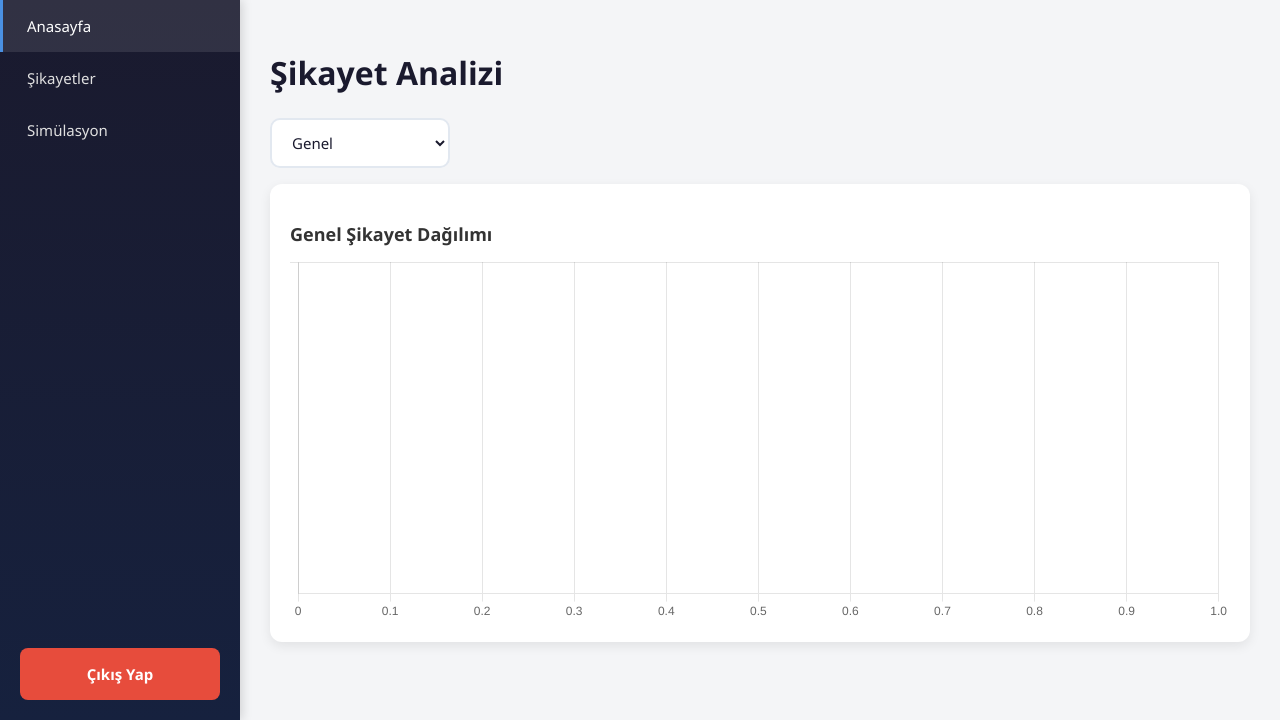
Repository: elinaisik/SUNUCU-YARI-YIL--DEV--KDS
Page: views/sikayetler.ejs
These files come from the project's save history. The page is drawn as it stood at one moment and after the next save; the edit follows.
The browser window is 1280 px wide. The pictures show the whole page.
The page is served by the project's Node server (server.js). The template is opened directly, without the code that normally fills it, so the values that code supplies are empty.

Above is the page before, as saved 2025-12-19 12:03:20.

### views/sikayetler.ejs
<!DOCTYPE html>
<html lang="tr">
<head>
  <meta charset="UTF-8">
  <title>Şikayetler - KDS</title>
  <meta name="viewport" content="width=device-width, initial-scale=1">
  <script src="https://cdn.jsdelivr.net/npm/chart.js"></script>

<style>
body {
  margin: 0;
  display: flex;
  background: #f4f5f7;
  font-family: 'Segoe UI', Tahoma, Geneva, Verdana, sans-serif;
}

/* SIDEBAR */
.sidebar {
  width: 240px;
  min-height: 100vh;
  background: linear-gradient(180deg, #1a1a2e 0%, #16213e 100%);
  color: #fff;
  padding: 0;
  padding-bottom: 80px;
  box-sizing: border-box;
  box-shadow: 2px 0 10px rgba(0,0,0,0.15);
  position: relative;
}
.sidebar a {
  display: block;
  padding: 16px 24px;
  color: #e0e0e0;
  text-decoration: none;
  font-size: 15px;
  transition: all 0.3s ease;
  border-left: 3px solid transparent;
}
.sidebar a:hover {
  background: rgba(255,255,255,0.1);
  border-left-color: #4a90e2;
  color: #fff;
}

.sidebar .logout-btn {
  position: absolute;
  bottom: 20px;
  left: 0;
  right: 0;
  margin: 0 20px;
}

 .sidebar .logout-btn a {
      background: #e74c3c;
      border-radius: 8px;
      font-weight: 600;
       background: #e74c3c;
      color: white;
      border-left: none;
      text-align: center;
      color: white;
    }

.user-info {
  padding: 20px;
  background: rgba(255, 255, 255, 0.05);
  margin-bottom: 10px;
  border-bottom: 1px solid rgba(255, 255, 255, 0.1);
}

.user-info-name {
  font-size: 14px;
  color: #fff;
  font-weight: 600;
  margin-bottom: 5px;
}

.user-info-email {
  font-size: 12px;
  color: rgba(255, 255, 255, 0.6);
}

/* CONTENT */
.content {
  flex: 1;
  padding: 30px;
}

.content h1 {
  color: #1a1a2e;
  font-size: 32px;
  font-weight: 700;
  margin-bottom: 24px;
}

/* DROPDOWN MENU */
.content select {
  padding: 12px 16px;
  border: 2px solid #e2e8f0;
  border-radius: 10px;
  font-size: 15px;
  font-family: 'Segoe UI', Tahoma, Geneva, Verdana, sans-serif;
  background: white;
  color: #1a1a2e;
  cursor: pointer;
  transition: all 0.3s ease;
  outline: none;
  min-width: 180px;
}

.content select:hover {
  border-color: #4a90e2;
}

.content select:focus {
  border-color: #4a90e2;
  box-shadow: 0 0 0 3px rgba(74, 144, 226, 0.1);
}

/* KART */
.chart-box {
  background: #fff;
  padding: 20px;
  border-radius: 12px;
  box-shadow: 0 4px 12px rgba(0,0,0,0.08);
  overflow: hidden;
}

.chart-box h3 {
  color: #333;
  font-size: 18px;
  margin-bottom: 16px;
  font-weight: 600;
}

/* GENEL */
.chart-general {
  height: 360px;
  position: relative;
}
.chart-general canvas {
  width: 100% !important;
  height: 100% !important;
}

/* ROW */
.chart-row {
  display: flex;
  gap: 24px;
  align-items: stretch;
  flex-wrap: wrap;
}

/* PIE / BAR */
.chart-small {
  width: 520px;
  height: 360px;
  position: relative;
  display: flex;
  flex-direction: column;
  justify-content: center;
}
.chart-small canvas {
  width: 100% !important;
  height: 100% !important;
}

/* 🔥 Departman pie daha küçük olsun */
.chart-dept-pie {
  max-width: 420px;
  height: 320px;
}
.chart-dept-bar {
  max-width: 520px;
  height: 320px;
}

/* DROPDOWN */
#urunSelect {
  display: none;
  margin-left: 10px;
}

/* ✅ RİSK KARE KART (satış grafiğinin sağı) */
.risk-square {
  width: 220px;
  height: 220px;
  border-radius: 16px;
  display: flex;
  flex-direction: column;
  justify-content: center;
  align-items: center;
  font-weight: bold;
  color: #fff;
}
.risk-square .score {
  font-size: 40px;
  line-height: 1;
}
.risk-square .level {
  font-size: 18px;
  margin-top: 8px;
}

/* ✅ Satış grafiği + risk kart yan yana */
.metrics-row {
  display: flex;
  gap: 24px;
  align-items: stretch;
  flex-wrap: wrap;
  margin-top: 16px;
}
.metrics-row .metrics-chart {
  width: 520px;
  height: 360px;
}

/* Karar önerisi dot */
.dot {
  width: 12px;
  height: 12px;
  border-radius: 50%;
  display: inline-block;
}
.red { background:"rgba(239,68,68,0.55)" }
.orange { background:"rgba(250,204,21,0.55)" }
.green { background:"rgba(34,197,94,0.55)", }

/* Simülasyon butonu */
.sim-btn{
  padding: 14px 24px;
  border: none;
  background: linear-gradient(135deg, #4a90e2 0%, #357abd 100%);
  color: #fff;
  font-size: 15px;
  font-weight: 600;
  border-radius: 10px;
  cursor: pointer;
  transition: all 0.3s ease;
  box-shadow: 0 4px 12px rgba(74, 144, 226, 0.3);
}

.sim-btn:hover {
  transform: translateY(-2px);
  box-shadow: 0 6px 16px rgba(74, 144, 226, 0.4);
}

/* Before/After alanı */
.beforeAfterWrap {
  margin-top: 16px;
  height: 360px;
}
.beforeAfterWrap canvas{
  width:100% !important;
  height:100% !important;
}
</style>
</head>

<body>

<div class="sidebar">
  <a href="/">Anasayfa</a>
  <a href="/sikayetler">Şikayetler</a>
  <a href="/simulasyon">Simülasyon</a>
  <div class="logout-btn">
    <a href="/logout">Çıkış Yap</a>
  </div>
</div>

<div class="content">

<h1>Şikayet Analizi</h1>

<select id="mainSelect">
  <option value="genel">Genel</option>
  <option value="urun">Ürün Bazlı</option>
  <option value="departman">Departman Bazlı</option>
</select>

<select id="urunSelect">
  <option disabled selected>Ürün Seç</option>
  <option value="1">iPhone 16</option>
  <option value="2">iPhone 17</option>
  <option value="3">MacBook Air 13 inch</option>
  <option value="4">AirPods</option>
  <option value="5">iPad</option>
  <option value="6">iWatch</option>
</select>

<!-- GENEL -->
<div id="genelArea" class="chart-box" style="margin-top:16px;">
  <h3>Genel Şikayet Dağılımı</h3>
  <div class="chart-general">
    <canvas id="genelChart"></canvas>
  </div>
</div>

<!-- ÜRÜN -->
<div id="urunArea" style="display:none; margin-top:16px;">

  <!-- 1. satır: pie + alt şikayetler (dokunmadım) -->
  <div class="chart-row">
    <div class="chart-box chart-small chart-urun-pie">
      <h3>Ürün Şikayet Dağılımı</h3>
      <canvas id="urunPie"></canvas>
    </div>

    <div class="chart-box chart-small" id="urunSubCard" style="display:none;">
      <h3>Alt Şikayetler</h3>
      <canvas id="urunSubBar"></canvas>
    </div>
  </div>

  <!-- 2. satır: satış-şikayet-memnuniyet + risk kare kart (DİĞERLERİNİ BOZMADAN) -->
  <div class="metrics-row">
    <div class="chart-box chart-small metrics-chart">
      <h3>Satış - Şikayet - Memnuniyet Skoru</h3>
      <canvas id="urunBar"></canvas>
    </div>

    <div class="chart-box" style="display:flex; justify-content:center; align-items:center; padding:16px;">
      <div id="riskSquare" class="risk-square" style="background:#94a3b8;">
        <div class="score" id="riskScoreText">--</div>
        <div class="level" id="riskLevelText">Risk</div>
      </div>
    </div>
  </div>

  <!-- Karar önerisi -->
  <div class="chart-box" style="margin-top:16px;">
    <h3>Karar Önerisi</h3>
    <div id="productDecision">Ürün seçiniz...</div>
  </div>

  <!-- Simülasyon butonu -->
  <div class="chart-box" style="margin-top:16px;">
    <button class="sim-btn" onclick="runProductSimulation()">Çözüm Simülasyonunu Çalıştır</button>
  </div>

  <!-- Before/After chart -->
  <div class="chart-box" id="simulationResultCard" style="display:none; margin-top:16px;">
    <h3>Simülasyon Sonrası Beklenen Etki Analizi</h3>
    <div class="beforeAfterWrap">
      <canvas id="productBeforeAfterChart"></canvas>
    </div>
  </div>

</div>

<!-- DEPARTMAN (dokunmadım) -->
<div id="departmanArea" style="display:none; margin-top:16px;">
  <div class="chart-row">
    <div class="chart-box chart-small chart-dept-pie">
      <h3>Departman Bazlı Şikayetler</h3>
      <canvas id="departmanPie"></canvas>
    </div>

    <div class="chart-box chart-small chart-dept-bar" id="departmanSubCard" style="display:none;">
      <h3>Departman Alt Şikayetleri</h3>
      <canvas id="departmanBar"></canvas>
    </div>
  </div>
</div>

</div>

<script>
/* ---------------- GENEL ---------------- */
const topicLabels = <%- JSON.stringify(topicLabels || []) %>;
const topicValues = <%- JSON.stringify(topicValues || []) %>;
const productDistributions = <%- JSON.stringify(productDistributions || []) %>;

new Chart(document.getElementById("genelChart"), {
  type: "bar",
  data: {
    labels: topicLabels,
    datasets: [{
      data: topicValues,
      backgroundColor: "#4a90e2",
      borderRadius: 6
    }]
  },
  options: {
    indexAxis: "y",
    maintainAspectRatio: false,
    plugins: {
      legend: { display: false },
      tooltip: {
        callbacks: {
          label: ctx => {
            const d = productDistributions[ctx.dataIndex] || [];
            return ctx.raw + " — " + d.map(x => `${x.urun_adi} (${x.sayi})`).join(", ");
          }
        }
      }
    }
  }
});

/* ---------------- DROPDOWN ---------------- */
const mainSelect = document.getElementById("mainSelect");
const urunSelect = document.getElementById("urunSelect");
const genelArea = document.getElementById("genelArea");
const urunArea = document.getElementById("urunArea");
const departmanArea = document.getElementById("departmanArea");

mainSelect.addEventListener("change", () => {
  genelArea.style.display = "none";
  urunArea.style.display = "none";
  departmanArea.style.display = "none";
  urunSelect.style.display = "none";

  if (mainSelect.value === "genel") genelArea.style.display = "block";
  if (mainSelect.value === "urun") urunSelect.style.display = "inline-block";
  if (mainSelect.value === "departman") loadDepartmanCharts();
});

/* ---------------- ÜRÜN ---------------- */
let urunPieChart, urunSubBarChart, urunBarChart;
let beforeAfterChart = null;
let currentRiskScore = 0;


// ✅ simülasyon için saklanacak veriler
let simLabels = [];
let simBefore = [];

// ✅ hariç tutulacaklar (before/after için)
const EXCLUDE_FOR_SIM = ["müşteri hizmetleri","kargo","paketleme"];

const productDecisionEl = document.getElementById("productDecision");
const riskSquare = document.getElementById("riskSquare");
const riskScoreText = document.getElementById("riskScoreText");
const riskLevelText = document.getElementById("riskLevelText");

urunSelect.addEventListener("change", async () => {
  const res = await fetch(`/urun-analiz?urun=${urunSelect.value}`);
  const d = await res.json();

  urunArea.style.display = "block";

  // Yeni ürün seçildiğinde alt şikayet kartını gizle
  document.getElementById("urunSubCard").style.display = "none";

  /* ---------- TOPIC PIE (dokunmadım) ---------- */
  if (urunPieChart) urunPieChart.destroy();

  urunPieChart = new Chart(
    document.getElementById("urunPie"),
    {
      type: "pie",
      data: {
        labels: d.pieLabels,
        datasets: [{
          data: d.pieValues,
          backgroundColor: [
"rgba(37,99,235,0.65)",   // pastel mavi
  "rgba(236,72,153,0.55)",  // pastel pembe
  "rgba(34,197,94,0.55)",   // pastel yeşil
  "rgba(251,146,60,0.55)",  // pastel turuncu
  "rgba(139,92,246,0.55)",  // pastel mor
  "rgba(56,189,248,0.55)",  // pastel cyan
  "rgba(250,204,21,0.55)",  // pastel sarı
  "rgba(244,114,182,0.55)"
          ],
          radius: "70%"
        }]
      },
      options: {
        maintainAspectRatio: false,
        plugins: { legend: { position: "top" } },
        onClick: (e, els) => {
          if (!els.length) return;
          const topic = d.pieLabels[els[0].index];
          drawUrunSub(topic, d.subRows);
        }
      }
    }
  );

  /* ---------- SATIŞ / ŞİKAYET / MEM (dokunmadım) ---------- */
  if (urunBarChart) urunBarChart.destroy();

  urunBarChart = new Chart(
    document.getElementById("urunBar"),
    {
      type: "bar",
      data: {
        labels: ["Satış", "Şikayet", "Memnuniyet"],
        datasets: [
          {
            data: [d.satis, d.sikayet, null],
            backgroundColor: ["rgba(37,99,235,.7)","rgba(236,72,153,.6)","transparent"],
            yAxisID: "y"
          },
          {
            data: [null, null, d.memScore],
            backgroundColor:"rgba(139,92,246,0.55)",
            yAxisID: "y1"
          }
        ]
      },
      options: {
        maintainAspectRatio: false,
        plugins: { legend: { display: false } },
        scales: {
          y: { beginAtZero: true },
          y1: {
            beginAtZero: true,
            max: 5,
            position: "right",
            grid: { drawOnChartArea: false }
          }
        }
      }
    }
  );

  /* ---------- ✅ RİSK KARE KART (buraya koyduk) ---------- */
  riskSquare.style.background = d.riskColor;
  riskScoreText.textContent = d.riskScore;
  riskLevelText.textContent = d.riskLevel;
  currentRiskScore = Number(d.riskScore);


  /* ---------- ✅ Before/After için filtreli veriyi hazırla ---------- */
  const pairs = (d.pieLabels || []).map((lab, i) => ({
    lab,
    val: Number(d.pieValues[i] || 0),
    key: String(lab || "").trim().toLowerCase()
  }));

  const filteredPairs = pairs.filter(p => !EXCLUDE_FOR_SIM.includes(p.key));

  simLabels = filteredPairs.map(p => p.lab);
  simBefore = filteredPairs.map(p => p.val);

  /* ---------- ✅ Karar önerisi (işletme geneli mantığı gibi) ---------- */
  renderProductDecision(simLabels, simBefore);

  // eski çizilmiş sim grafiğini ürün değişince temizle
  if (beforeAfterChart) {
    beforeAfterChart.destroy();
    beforeAfterChart = null;
  }

  // Simülasyon sonuç kartını gizle
  document.getElementById("simulationResultCard").style.display = "none";
});

/* ---------- SUBTOPIC BAR (dokunmadım) ---------- */
function drawUrunSub(topic, rows) {
  const cleanTopic = topic.trim().toLowerCase();

  const filtered = rows
    .filter(r => r.topic_adi.trim().toLowerCase() === cleanTopic)
    .sort((a, b) => b.adet - a.adet);

  if (!filtered.length) return;

  // kartı aç
  document.getElementById("urunSubCard").style.display = "block";

  if (urunSubBarChart) urunSubBarChart.destroy();

  const canvas = document.getElementById("urunSubBar");
  if (!canvas) return; // 🔥 KRİTİK: yoksa çık

  const ctx = canvas.getContext("2d");


  urunSubBarChart = new Chart(ctx, {
    type: "bar",
    data: {
      labels: filtered.map(r => r.subtopic_adi),
      datasets: [{
        data: filtered.map(r => r.adet),
        backgroundColor: gradient,
        borderRadius: 8
      }]
    },
    options: {
      indexAxis: "y",
      plugins: { legend: { display: false } },
      scales: { x: { beginAtZero: true } }
    }
  });
}



/* ---------- ✅ Ürün karar önerisi üret (işletme geneli gibi) ---------- */
function getDeptByTopicName(topicName){
  const t = String(topicName || "").toLowerCase();
  if (t.includes("batarya") || t.includes("şarj") || t.includes("ekran") || t.includes("bağlantı") ||
      t.includes("ses") || t.includes("hoparlör") || t.includes("klavye") || t.includes("kamera") ||
      t.includes("performans") || t.includes("yazılım")) return "donanim";
  return "diger";
}

function renderProductDecision(labels, values){
  // basit risk sınıflaması: >=12 kırmızı, >=10 sarı
  const deptScore = { donanim:0, diger:0 };
  for (let i=0; i<labels.length; i++){
    const oran = Number(values[i] || 0);
    const dept = getDeptByTopicName(labels[i]);
    if (oran >= 12) deptScore[dept] += 2;
    else if (oran >= 10) deptScore[dept] += 1;
  }

  const decisions = [];
  let hasGreen = false;

  if (deptScore.donanim >= 3) decisions.push({c:"red", t:"Donanım iyileştirme ve ürün revizyonu önerilir"});
  else if (deptScore.donanim >= 1) decisions.push({c:"orange", t:"Donanım kaynaklı şikayetler izlenmeli ve teknik analiz yapılmalı"});
  else hasGreen = true;

  if (hasGreen) decisions.push({c:"green", t:"Düşük riskli alanlarda izleme yeterlidir"});

  productDecisionEl.innerHTML = decisions.map(d => `
    <div style="display:flex;align-items:center;gap:10px;margin-bottom:8px;">
      <span class="dot ${d.c}"></span>
      <span>${d.t}</span>
    </div>
  `).join("");
}

/* ---------- ✅ Simülasyon butonu: Before/After çiz ---------- */
function runProductSimulation(){
  if (!simLabels.length) {
    alert("Önce ürün seçmelisin.");
    return;
  }

  // Simülasyon sonuç kartını görünür yap
  document.getElementById("simulationResultCard").style.display = "block";

  // mevcut şikayetler
  const after = simBefore.map(v => Number((v * 0.6).toFixed(1)));

  // 🔥 risk için önce / sonra
  const riskAfter = Number((currentRiskScore * 0.6).toFixed(1));

  if (beforeAfterChart) beforeAfterChart.destroy();

  beforeAfterChart = new Chart(
    document.getElementById("productBeforeAfterChart"),
    {
      type: "bar",
      data: {
        labels: [...simLabels, "Risk Skoru"],
        datasets: [
          {
            label: "Simülasyon Öncesi",
            data: [...simBefore, currentRiskScore],
            backgroundColor: "rgba(236,72,153,.6)"
          },
          {
            label: "Simülasyon Sonrası",
            data: [...after, riskAfter],
            backgroundColor: "rgba(37,99,235,.7)"
          }
        ]
      },
      options: {
        responsive: true,
        maintainAspectRatio: false,
        scales: {
          y: {
            beginAtZero: true,
            title: {
              display: true,
              text: "Şikayet Oranı / Risk Skoru"
            }
          },
          x: {
            ticks: {
              maxRotation: 45,
              minRotation: 45
            }
          }
        }
      }
    }
  );
}


/* ---------------- DEPARTMAN (dokunmadım) ---------------- */
let deptPie, deptBar;

async function loadDepartmanCharts(){
  departmanArea.style.display = "block";

  // Departman değiştiğinde alt şikayet kartını gizle
  document.getElementById("departmanSubCard").style.display = "none";

  const res = await fetch("/departman-analiz");
  const d = await res.json();

  if (deptPie) deptPie.destroy();

  deptPie = new Chart(document.getElementById("departmanPie"), {
    type: "pie",
    data: {
      labels: d.pieLabels,
      datasets: [{
        data: d.pieValues,
        backgroundColor: [  "rgba(139,92,246,0.55)",  // pastel mor
  "rgba(56,189,248,0.55)", "rgba(236,72,153,0.55)"],
        borderWidth: 2,
        borderColor: "#ffffff",
        radius: "70%"
      }]
    },
    options: {
      responsive: true,
      maintainAspectRatio: false,
      plugins: { legend: { position: "top" } },
      onClick: (e, els) => {
        if (!els.length) return;
        drawSub(d.pieLabels[els[0].index], d.subRows);
      }
    }
  });
}

function drawSub(deptName, rows) {
  const filtered = rows.filter(r => r.topic_adi === deptName).sort((a,b)=>b.adet-a.adet);

  // Kartı görünür yap
  document.getElementById("departmanSubCard").style.display = "block";

  if (deptBar) deptBar.destroy();

  deptBar = new Chart(document.getElementById("departmanBar"), {
    type: "bar",
    data: {
      labels: filtered.map(r => r.subtopic_adi),
      datasets: [{ data: filtered.map(r => r.adet), backgroundColor: "rgba(37,99,235,0.65)" }]
    },
    options: {
      indexAxis: "y",
      plugins: { legend: { display: false } },
      scales: { x: { beginAtZero: true } }
    }
  });
}
</script>

</body>
</html>

Loaded but not shown: server.js (459 lines, source omitted)

After the next save:
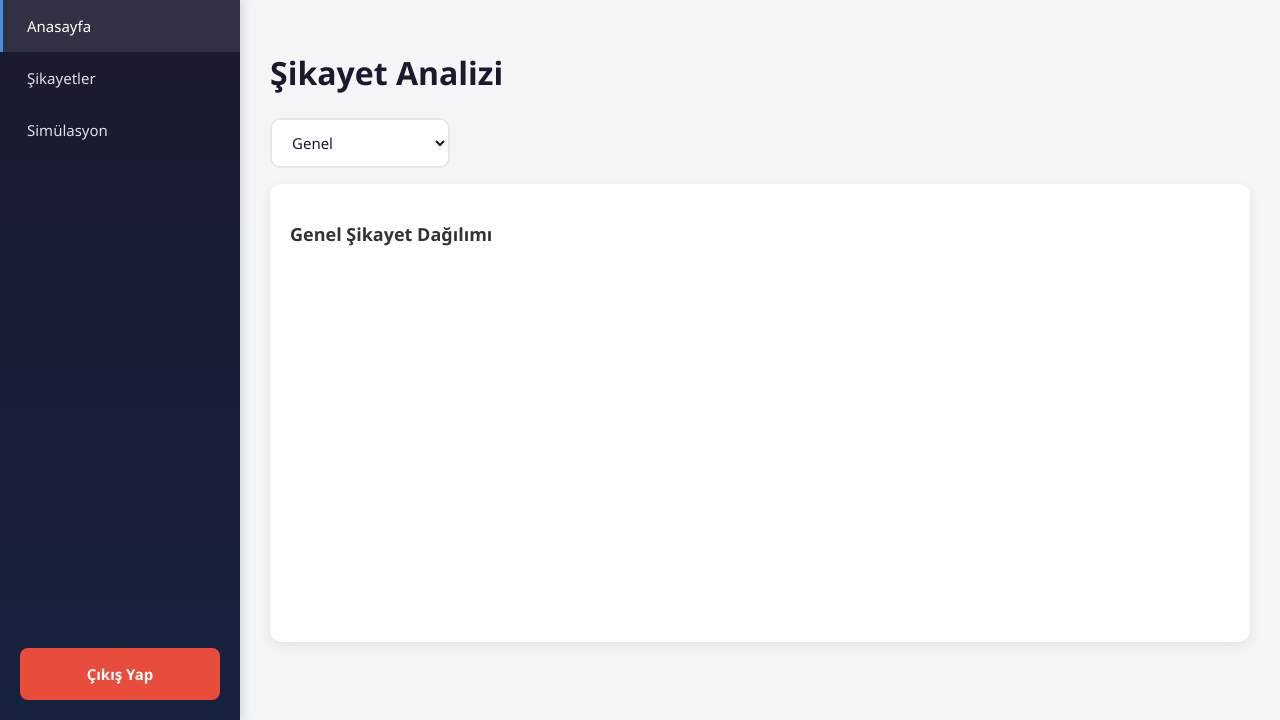
Console error: SyntaxError: Unexpected identifier 'borderRadius'
Saved 5 s later.
--- a/views/sikayetler.ejs
+++ b/views/sikayetler.ejs
@@ -575,7 +575,7 @@
       labels: filtered.map(r => r.subtopic_adi),
       datasets: [{
         data: filtered.map(r => r.adet),
-        backgroundColor: gradient,
+        backgroundColor:"rgba(37,99,235,.7)"
         borderRadius: 8
       }]
     },

After the 2 saves that followed:
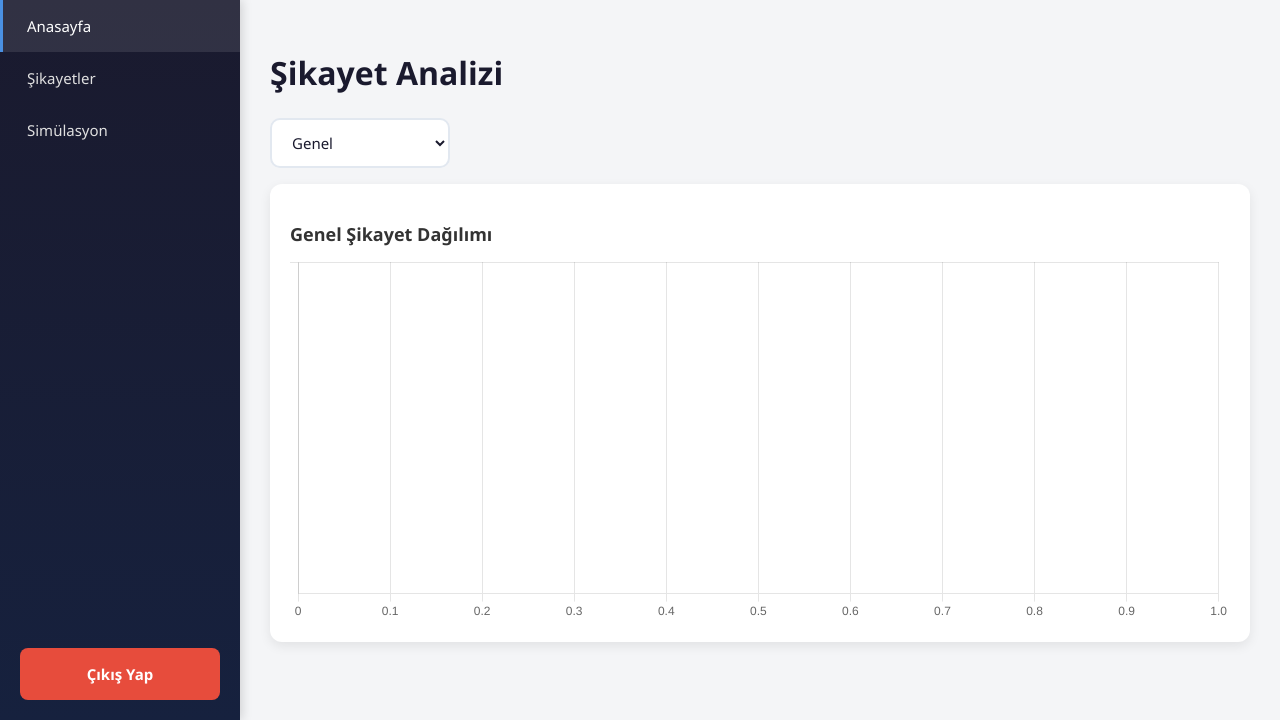
The error is gone.
The 2 saves are shown as one change because they came seconds apart.
The last was saved 18 s later.
--- a/views/sikayetler.ejs
+++ b/views/sikayetler.ejs
@@ -568,6 +568,10 @@
 
   const ctx = canvas.getContext("2d");
 
+  // 🎨 gradient burada, GÜVENLİ
+  const gradient = ctx.createLinearGradient(0, 0, 400, 0);
+  gradient.addColorStop(0, "rgba(37,99,235,.7)");
+  gradient.addColorStop(1, "#3b82f6");
 
   urunSubBarChart = new Chart(ctx, {
     type: "bar",
@@ -575,7 +579,7 @@
       labels: filtered.map(r => r.subtopic_adi),
       datasets: [{
         data: filtered.map(r => r.adet),
-        backgroundColor:"rgba(37,99,235,.7)"
+        backgroundColor: gradient,
         borderRadius: 8
       }]
     },
